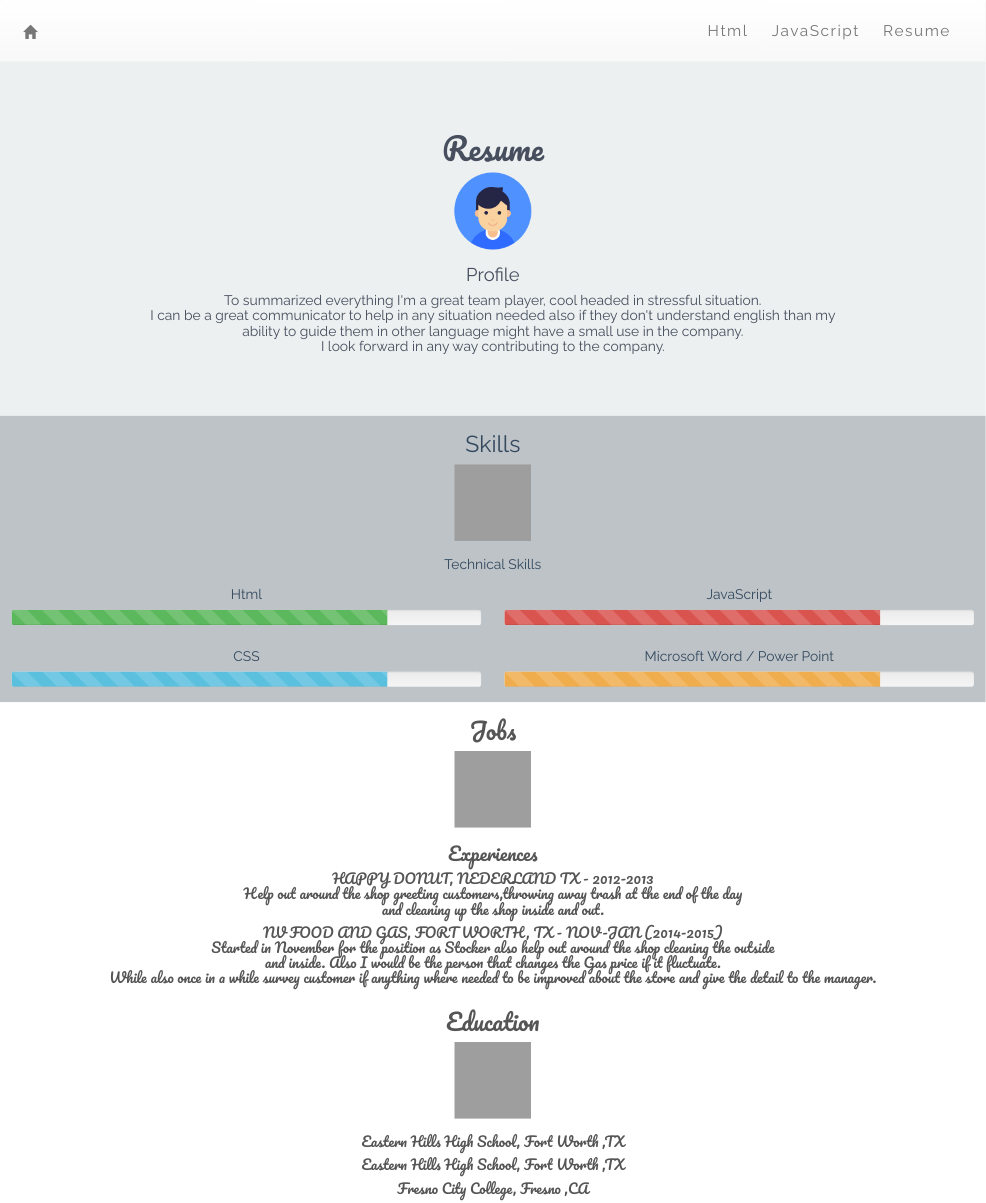
Repository: Milineam6162/workspace
Page: Resume/resume.html
The author's editor kept a record of every edit. The page is drawn from the files as they stood at one moment, then again after the next edit.
The browser window is 1280 px wide. The pictures show the whole page, at 77% of full size.
Pictures or frames that could not be fetched are drawn as grey boxes. Some web libraries are served in a nearby version.

Above is the page before.

### Resume/resume.html
<!DOCTYPE html>
<html>
    <head>
        <title>Home</title>
        <script src="https://ajax.googleapis.com/ajax/libs/jquery/2.1.4/jquery.min.js"></script>
        <link rel="stylesheet" href="resume.css" type="text/css" />
        <link rel="stylesheet" href="https://maxcdn.bootstrapcdn.com/bootstrap/3.3.6/css/bootstrap.min.css" integrity="sha384-1q8mTJOASx8j1Au+a5WDVnPi2lkFfwwEAa8hDDdjZlpLegxhjVME1fgjWPGmkzs7" crossorigin="anonymous">
        <link rel="stylesheet" href="http://maxcdn.bootstrapcdn.com/bootstrap/3.3.5/css/bootstrap.min.css">
        <link rel="stylesheet" href="https://maxcdn.bootstrapcdn.com/bootstrap/3.3.6/css/bootstrap-theme.min.css" integrity="sha384-fLW2N01lMqjakBkx3l/M9EahuwpSfeNvV63J5ezn3uZzapT0u7EYsXMjQV+0En5r" crossorigin="anonymous">
       <link href='https://fonts.googleapis.com/css?family=Raleway' rel='stylesheet' type='text/css'>
        <link href='https://fonts.googleapis.com/css?family=Pacifico' rel='stylesheet' type='text/css'>
        <link href="http://fonts.googleapis.com/css?family=Montserrat" rel="stylesheet">
        <script src="https://maxcdn.bootstrapcdn.com/bootstrap/3.3.6/js/bootstrap.min.js" integrity="sha384-0mSbJDEHialfmuBBQP6A4Qrprq5OVfW37PRR3j5ELqxss1yVqOtnepnHVP9aJ7xS" crossorigin="anonymous"></script>
        <meta name="viewport" content="width=device-width, initial-scale=1">
    </head>
    <body>
        <nav class="nav navbar-default" >
            <div class="container-fluid">
                <div class="navbar-header">
                    <button type="button" class="navbar-toggle" data-toggle="collapse" data-target="#myNavbar">
                        <span class="icon-bar"></span>
                        <span class="icon-bar"></span>
                        <span class="icon-bar"></span>
                    </button>
                    <a class="navbar-brand glyphicon glyphicon-home" href="#"></a>
                </div>
                <div class="collapse navbar-collapse navbar-right" id="myNavbar">
                        <ul class="nav navbar-nav">
                            <li><a href="../Htm/Htm.html">Html</a></li>
                            <li><a href="../Java/java.html">JavaScript</a></li>
                            <li><a href="../Resume/resume.html">Resume</a></li>
                        </ul>
                    </div>
            </div>
        </nav>
<!-- Body Text Content -->
        <div class="container-fluid bg-1 text-center">
          <h2 class="Title">Resume</h2>
          <img class="icons" src="../Img/Icons/person.png" class="img-responsive img-circle " style="display:inline" alt="person" width="100" height="100">
          <h3>Profile</h3>
          <h4 class="">To summarized everything I'm a great team player, cool headed in stressful situation.<br />
          I can be a great communicator to help in any situation needed also if they don't understand english than my <br />
          ability to guide them in other language might have a small use in the company. <br />
          I look forward in any way contributing to the company.
        </div>
        <div class="container-fluid bg-2 text-center">
          <h2 class="title2">Skills</h2>
          <img class="icons" src="https://cdn1.iconfinder.com/data/icons/finance-items/512/idea_lightbulb_light_bulb_creative_concept_solution_creativity_flat_design_icon-512.png" class="img-responsive img-circle " style="display:inline" alt="person" width="100" height="100">
          <h3></h3>
          <h4 class="">Technical Skills</h4>

         <div class="row">
          <div class="col-md-6">
              <h4 class="bartext"> Html </h4>
          <div class="progress">
              <div class="progress-bar progress-bar-success progress-bar-striped" role="progressbar" aria-valuenow="40" aria-valuemin="0" aria-valuemax="100" style="width: 80%">
                <span class="sr-only">80% Complete (success)</span>
              </div>
            </div>
            </div>
             <div class="col-md-6">
              <h4 class="bartext"> JavaScript </h4>
          <div class="progress">
              <div class="progress-bar progress-bar-danger progress-bar-striped" role="progressbar" aria-valuenow="40" aria-valuemin="0" aria-valuemax="100" style="width: 80%">
                <span class="sr-only">80% Complete (success)</span>
              </div>
            </div>
            </div>
        </div>
        <div class="row">
          <div class="col-md-6">
              <h4 class="bartext"> CSS </h4>
          <div class="progress">
              <div class="progress-bar progress-bar-info progress-bar-striped" role="progressbar" aria-valuenow="40" aria-valuemin="0" aria-valuemax="100" style="width: 80%">
                <span class="sr-only">80% Complete (success)</span>
              </div>
            </div>
            </div>
            <div class="col-md-6">
              <h4 class="bartext"> Microsoft Word / Power Point </h4>
          <div class="progress">
              <div class="progress-bar progress-bar-warning progress-bar-striped" role="progressbar" aria-valuenow="40" aria-valuemin="0" aria-valuemax="100" style="width: 80%">
                <span class="sr-only">80% Complete (success)</span>
              </div>
            </div>
            </div>
        </div>
          </div>
        <div class="container-fluid bg-3 text-center">
          <h2 class="title2">Jobs</h2>
          <img class="icons" src="https://cdn4.iconfinder.com/data/icons/marketing-and-business-flat-icons/512/briefcase_work_documents_marketing_business_flat_icon_symbol-512.png" class="img-responsive img-circle " style="display:inline" alt="person" width="100" height="100">
          <h3>Experiences</h3>
          <h4 class="">HAPPY DONUT, NEDERLAND TX - 2012-2013 <br />
                       Help out around the shop greeting customers,throwing away trash at the end of the day <br />
                       and cleaning up the shop inside and out.
          </h4>
          <h4>
              NV FOOD AND GAS, FORT WORTH, TX - NOV-JAN (2014-2015) <br />
              Started in November for the position as Stocker also help out around the shop cleaning the outside <br />
              and inside. Also I would be the person that changes the Gas price if it fluctuate. <br />While also once in a while survey customer if anything where needed to be improved about the store and give the detail to the manager.
          </h4>
        </div>
                <div class="container-fluid bg-3 text-center">
          <h2 class="title2">Education</h2>
          <img class="icons" src="http://www.ernestogbustamante.com/wp-content/uploads/2015/05/Case-Study1.png" class="img-responsive img-circle " style="display:inline" alt="person" width="100" height="100">
          <h3></h3>
          <h4 class="">Eastern Hills High School, Fort Worth ,TX</h4>
          <h4 class="">Eastern Hills High School, Fort Worth ,TX</h4>
          <h4 class="">Fresno City College, Fresno ,CA</h4>
        </div>
    </body>
</html>

### Resume/resume.css
.navbar-default {
    padding-top: 15px;
    padding-bottom: 15px;
    border: 0;
    border-radius: 0;
    margin-bottom: 0;
    font-size: 20px;
    letter-spacing: 2px;
    color: #1abc9c;
    font-family:'Raleway', 'helvetica';
  }
.navbar-nav  li a:hover {
      color: #1abc9c !important;
  }
body {
      font-family:'Raleway', 'helvetica';
      font-size:20px;
      line-height: 1.8;
      color: #f5f6f7;
}
.icons{
        transition-duration: 0.8s;
    transition-property: transform;
    overflow:hidden;
}
.bg-1 {
      background-color: #ecf0f1; /* Green */
      color: #474e5d;
       padding-top: 70px;
      padding-bottom: 70px;
      font-family:'Raleway', 'helvetica';
}
.bg-2 {
      background-color: #bdc3c7; /* Dark Blue */
      color: #34495e;
      font-family:'Raleway', 'helvetica';

}
.bg-3 {
      background-color: #ffffff; /* White */
      color: #555555;
      font-family:'Pacifico', 'helvetica';
 }
.Title {
    font-family:'Pacifico','helvetica' ;
    font-size:40px;
}
.gif{
    border-radius:10%;
    width:400px;
}

After the next edit:
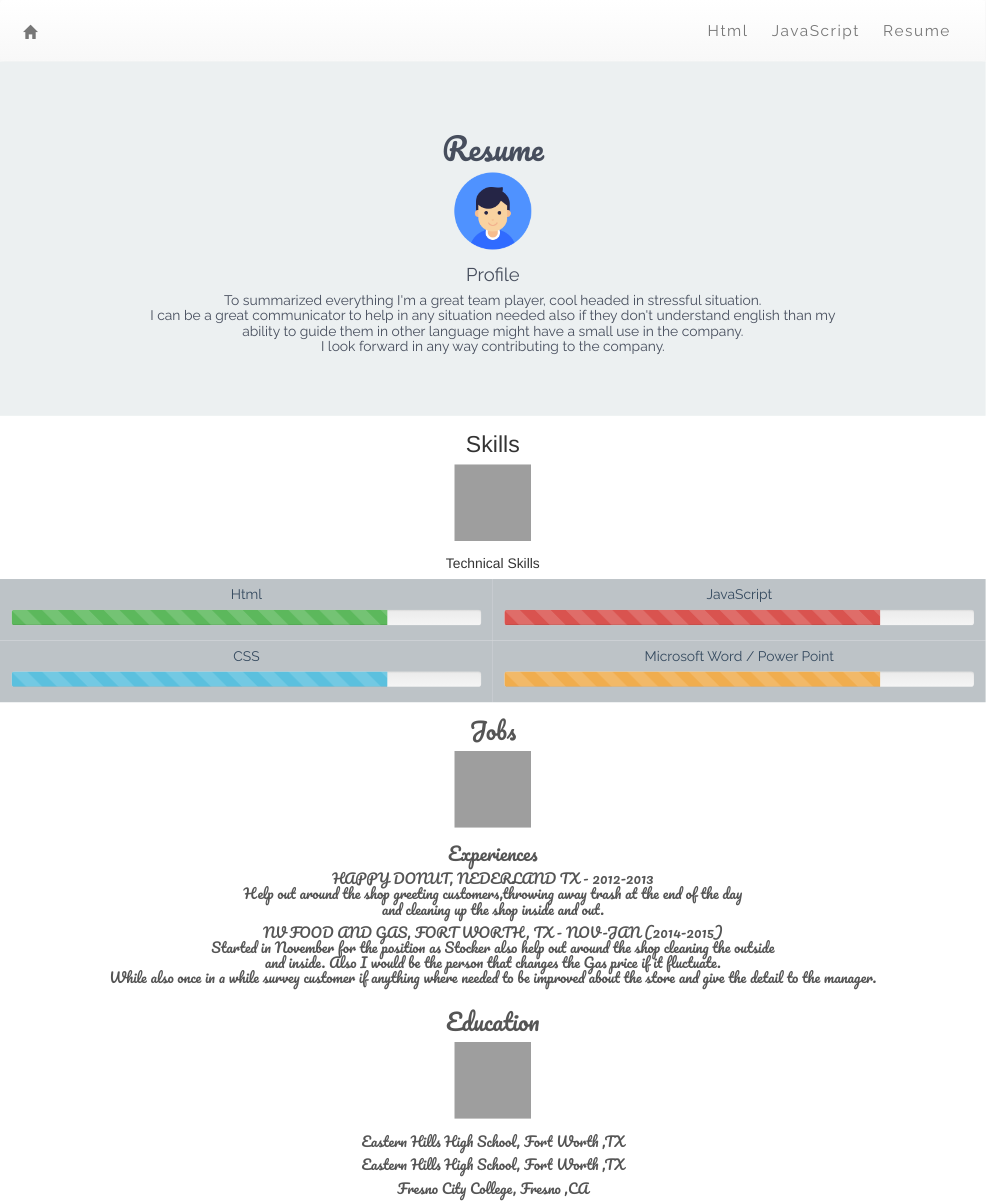
The edit:
--- a/Resume/resume.css
+++ b/Resume/resume.css
@@ -30,7 +30,7 @@
       padding-bottom: 70px;
       font-family:'Raleway', 'helvetica';
 }
-.bg-2 {
+.col-md-6 {
       background-color: #bdc3c7; /* Dark Blue */
       color: #34495e;
       font-family:'Raleway', 'helvetica';
